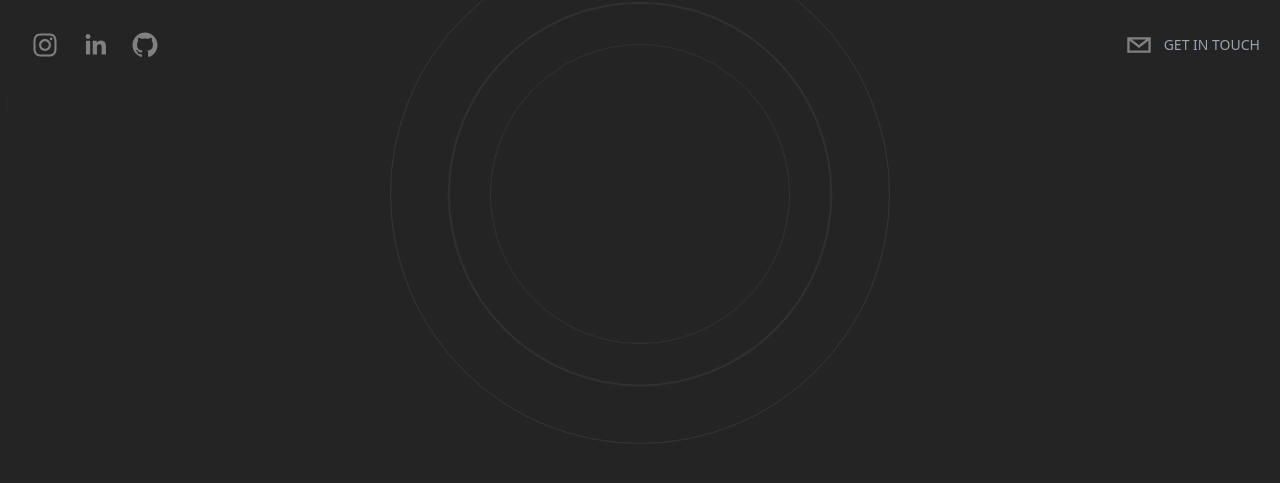
Repository: husainmamuwala/portfolio2.0
Page: /
The author's editor kept a copy of each file at every save. The page is drawn from the files as they stood at one save, then again after the next save.
The browser window is 1280 px wide. The pictures show the whole page.
The project was rebuilt for these pictures with package versions that can differ from the ones it lists, and the page was loaded fresh each time. The framework's server and built-in components were replaced by stand-ins that run in the browser. Also part of the build but not shown: next.config.js.

Above is the page before, as saved 2022-09-17 18:37:11.

After the next save:
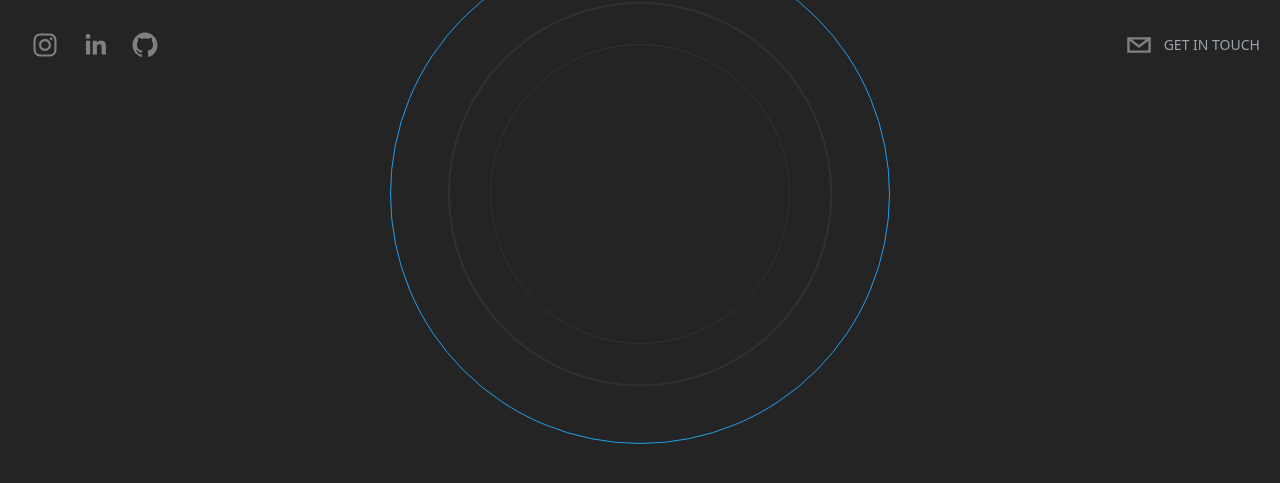
Saved 56 s later.
--- a/components/BackgroundCircles.tsx
+++ b/components/BackgroundCircles.tsx
@@ -8,7 +8,7 @@ function BackgroundCircles({}: Props) {
         <div className='absolute border [#333333] rounded-full h-[200px] w-[200px] mt-52 animate-ping '/>
         <div className=' absolute border border-[#333333] rounded-full h-[300px] w-[300px] mt-52'/>
         <div className=' absolute border border-[#333333] rounded-full h-[500px] w-[500px] mt-52'/>
-        <div className=' absolute border border-[#333333] rounded-full h-[500px] w-[500px] mt-52'/>
+        <div className=' absolute border border-[#1f9aec] rounded-full h-[500px] w-[500px] mt-52'/>
         <div/>
     </div>
   )
